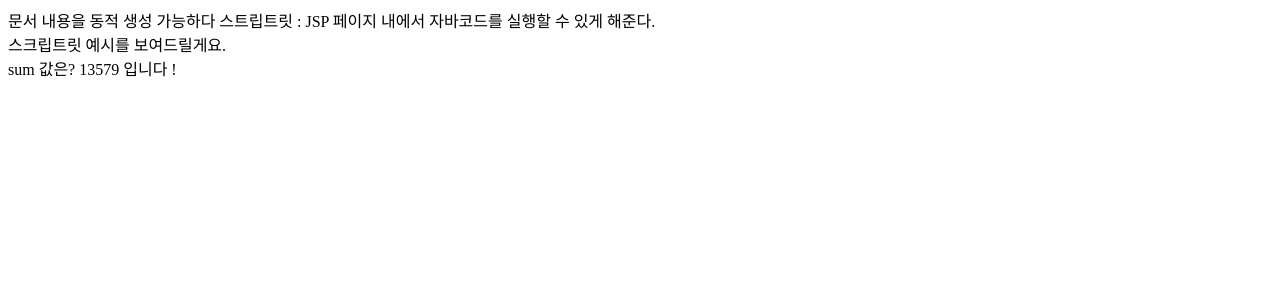
Repository: hyejux/JSP_STUDY
Page: http://localhost/JSPPractice2/JSP_ex1.jsp
The author's editor kept a copy of each file at every save. The page is drawn from the files as they stood at one save, then again after the next save.
The browser window is 1280 px wide. The pictures show the whole page.
The page is served by Tomcat 9. Other server files are loaded and not shown.

Above is the page before, as saved 2025-01-07 14:36:47.

### JSPPractice2/src/main/webapp/JSP_ex1.jsp
<%@ page language="java" contentType="text/html; charset=UTF-8"
    pageEncoding="UTF-8"%>
<!DOCTYPE html>
<html>
<head>
<meta charset="UTF-8">
<title>스크립트립 연습</title>
</head>
<body>


문서 내용을 동적 생성 가능하다
스트립트릿 : JSP 페이지 내에서 자바코드를 실행할 수 있게 해준다.

<div> 스크립트릿 예시를 보여드릴게요. </div>


<%
int a = 12345;
int b= 1234;
int sum = a + b ;
%>

<div> sum 값은? <%= sum %> 입니다 ! </div>



</body>
</html>

After the next save:
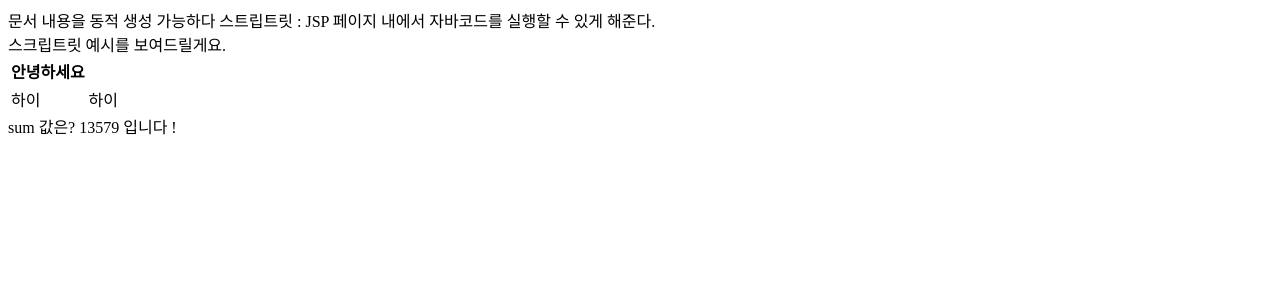
Saved 2 min 39 s later.
--- a/JSPPractice2/src/main/webapp/JSP_ex1.jsp
+++ b/JSPPractice2/src/main/webapp/JSP_ex1.jsp
@@ -13,6 +13,13 @@
 스트립트릿 : JSP 페이지 내에서 자바코드를 실행할 수 있게 해준다.
 
 <div> 스크립트릿 예시를 보여드릴게요. </div>
+<table>
+	<th> 안녕하세요 </th>
+	<tr> <td> 하이</td>
+	<td> 하이</td>
+	</tr>
+
+</table>
 
 
 <%
